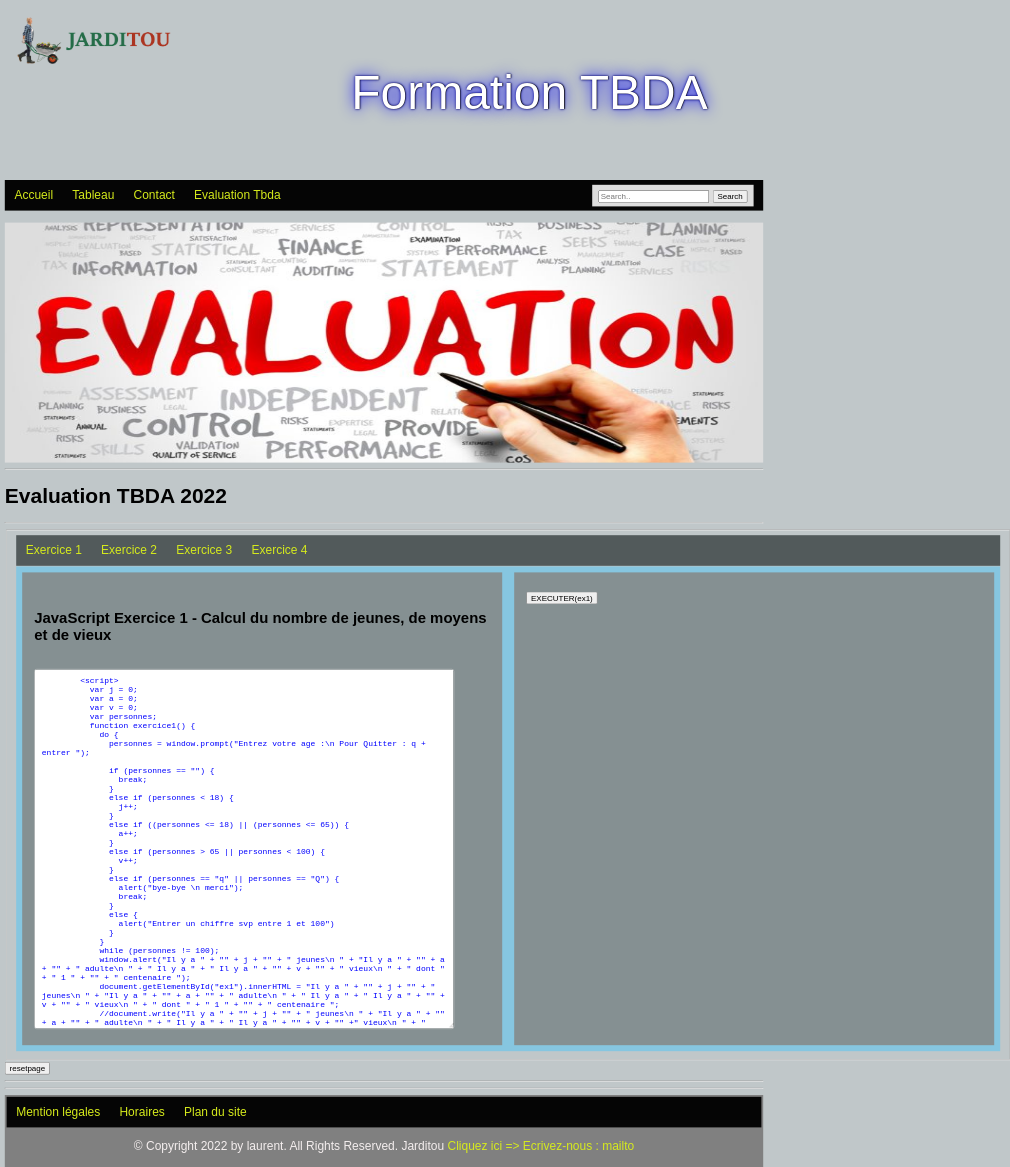
Repository: laurentbul/jarditou
Page: javascript/EvaluationTbda/eval_ex1.html
An editor plug-in stored every save of this project. The page is shown before and after the next save, followed by the edit.
The browser window is 1280 px wide. The page is 1684 px wide, so the pictures cover 1684 px, including what lies to the right of the window. The pictures show the whole page, at 60% of full size.
An inner scrolling area shows only its first screen.

Above is the page before, as saved 2022-12-15 03:34:39.

After the next save:
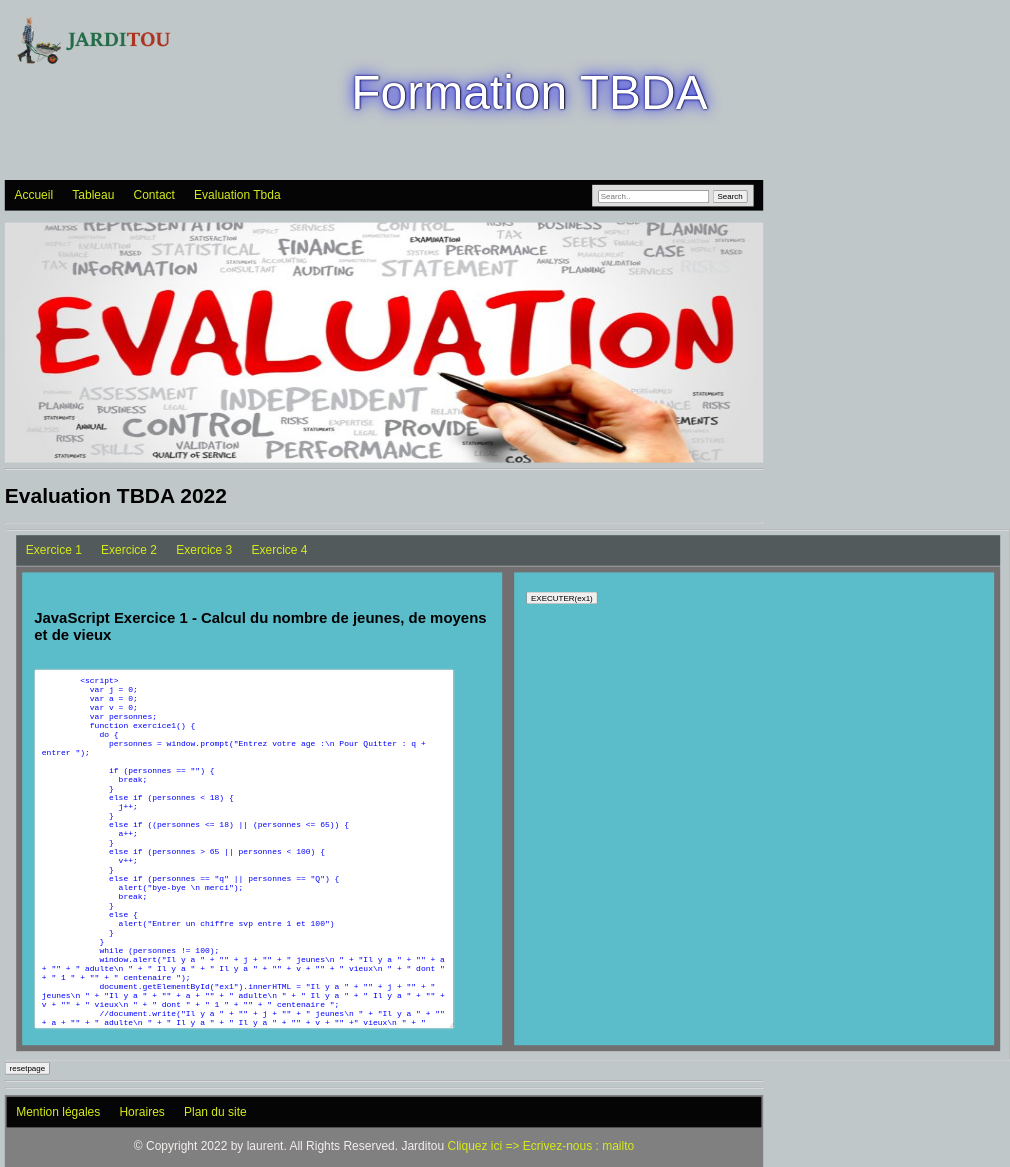
Saved 2 min 16 s later.
--- a/javascript/EvaluationTbda/eval_ex1.html
+++ b/javascript/EvaluationTbda/eval_ex1.html
@@ -11,12 +11,12 @@
   <style>
     .flex-container2 {
       display: flex;
-      background-color: rgb(134, 198, 224);
-      justify-content: center;
+      background-color: rgb(114, 111, 113);
+       justify-content: center;
     }
 
     .flex-container2>div {
-      background-color: #859092;
+      background-color: #5cbdca;
       margin: 10px;
       padding: 20px;
       font-size: 30px;
